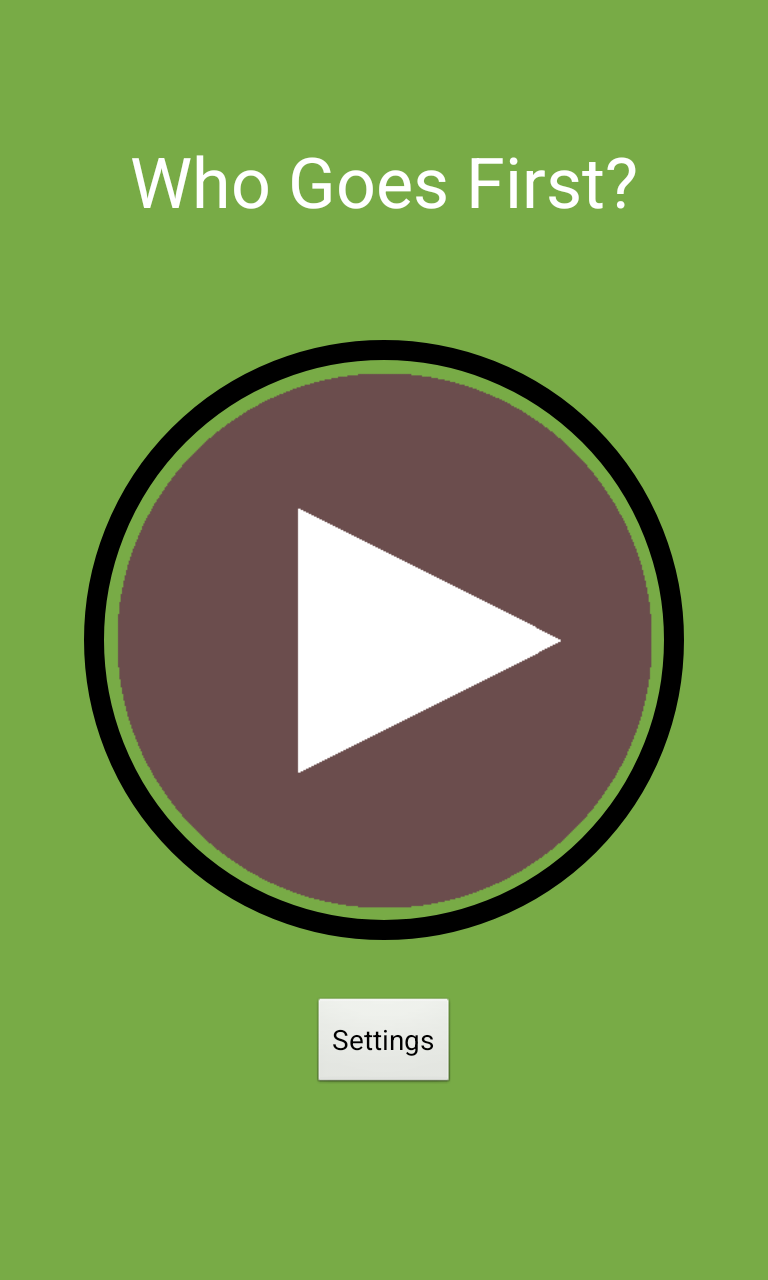
Repository: DarwinLYang/WhoGoesFirstApp
Layout: Who First/WhoFirst/res/layout/fragment_main.xml
The author's editor kept a copy of each file at every save. The layout is drawn from the files as they stood at one save, then again after the next save.
It is drawn on a 768 x 1280 px phone screen (xhdpi) without system bars, with theme android:Theme.NoTitleBar.Fullscreen; the app's code is not run.

Above is the layout before, as saved 2014-04-11 21:26:13.

After the next save:
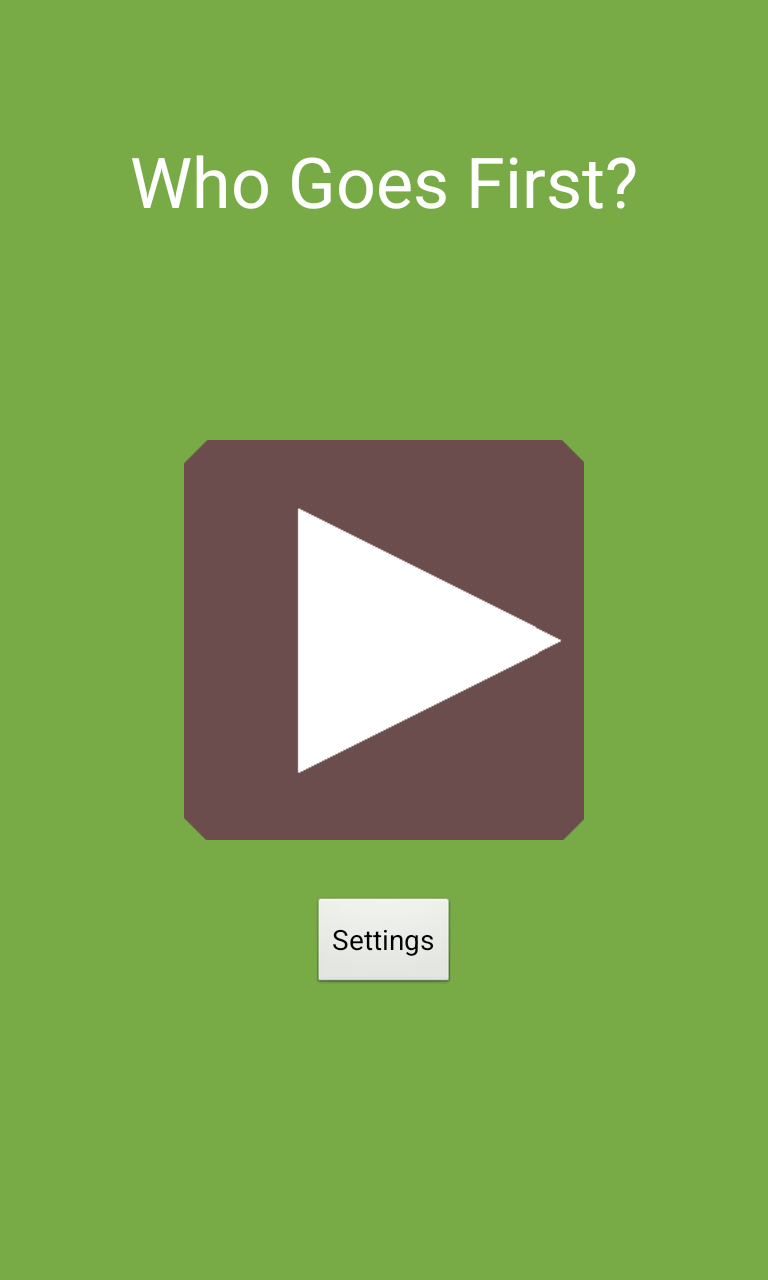
Saved 5 s later.
--- a/Who First/WhoFirst/res/layout/fragment_main.xml
+++ b/Who First/WhoFirst/res/layout/fragment_main.xml
@@ -19,8 +19,8 @@
 
     <ImageButton
         android:id="@+id/questionButton"
-        android:layout_width="300dip"
-        android:layout_height="300dip"
+        android:layout_width="200dip"
+        android:layout_height="200dip"
         android:layout_centerHorizontal="true"
         android:layout_centerVertical="true"
         android:adjustViewBounds="true"
